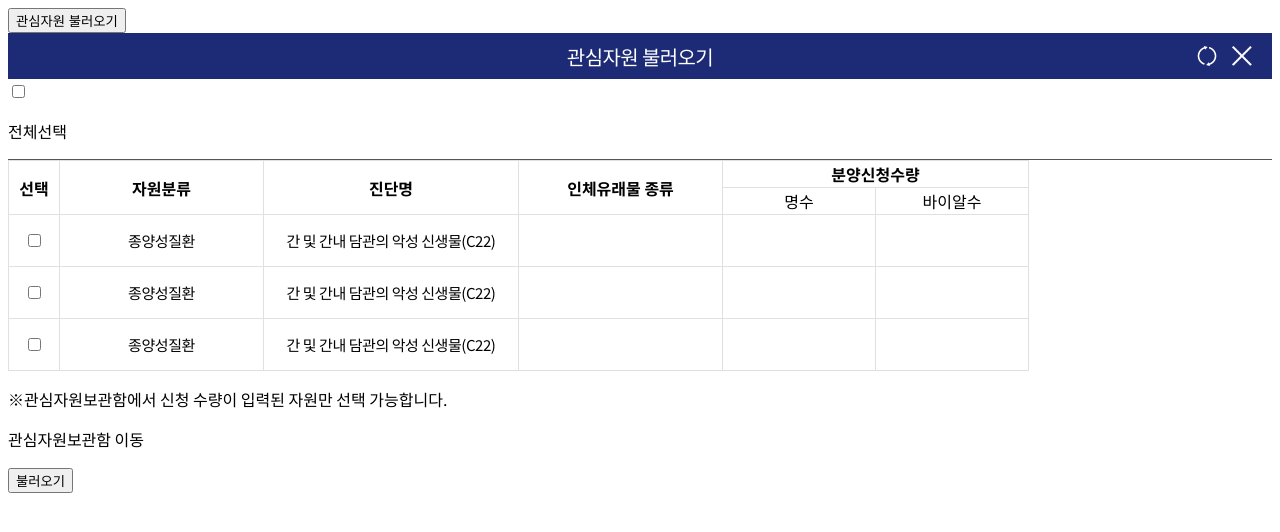
Repository: dlgywls1130/one_popup
Page: index.html
These files come from the project's save history. The page is drawn as it stood at one moment and after the next save; the edit follows.
The browser window is 1280 px wide. The pictures show the whole page.
Some web fonts or font styles are not loaded; a fallback is used.

Above is the page before, as saved 2023-10-25 00:21:36.

After the next save:
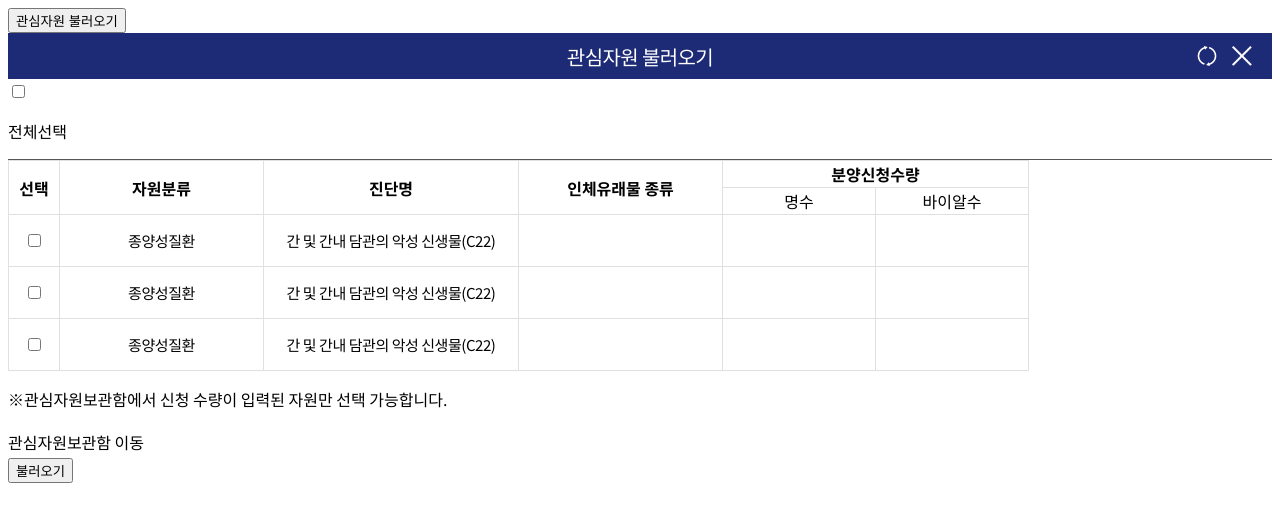
Saved 21 h 51 min later.
--- a/style.css
+++ b/style.css
@@ -113,3 +113,10 @@
 .column_sum{
 
 }
+
+.bookmark_link{
+    width: 160px;
+    height: 30px;
+    display: flex;
+    align-items: center;
+}
